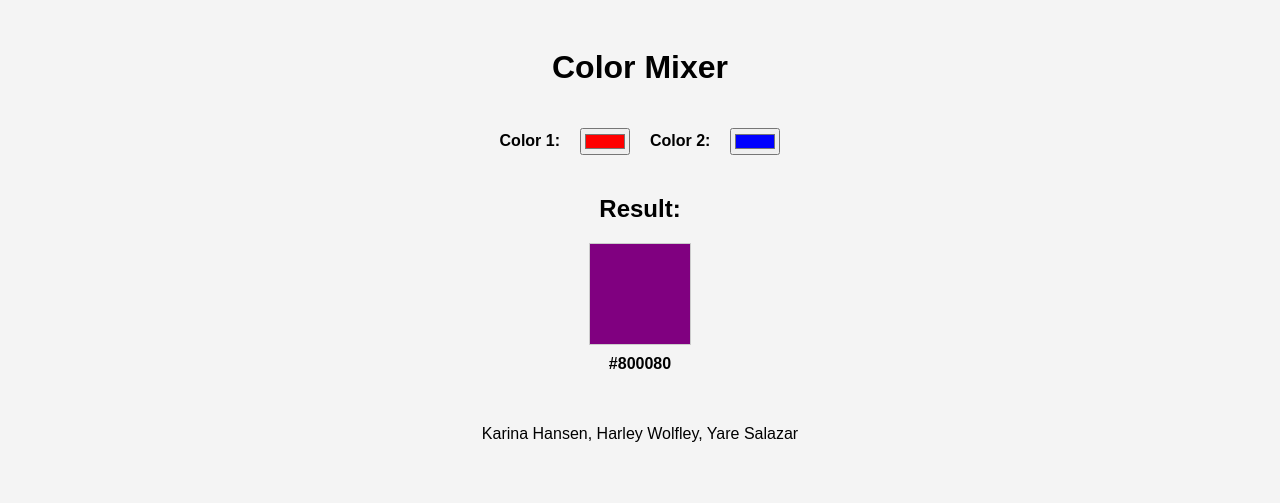
Repository: harleywolfley/wdd130
Page: spring25/itm101/0302/index.html
These files come from the project's save history. The page is drawn as it stood at one moment and after the next save; the edit follows.
The browser window is 1280 px wide. The pictures show the whole page.

Above is the page before, as saved 2025-05-07 17:53:15.

After the next save:
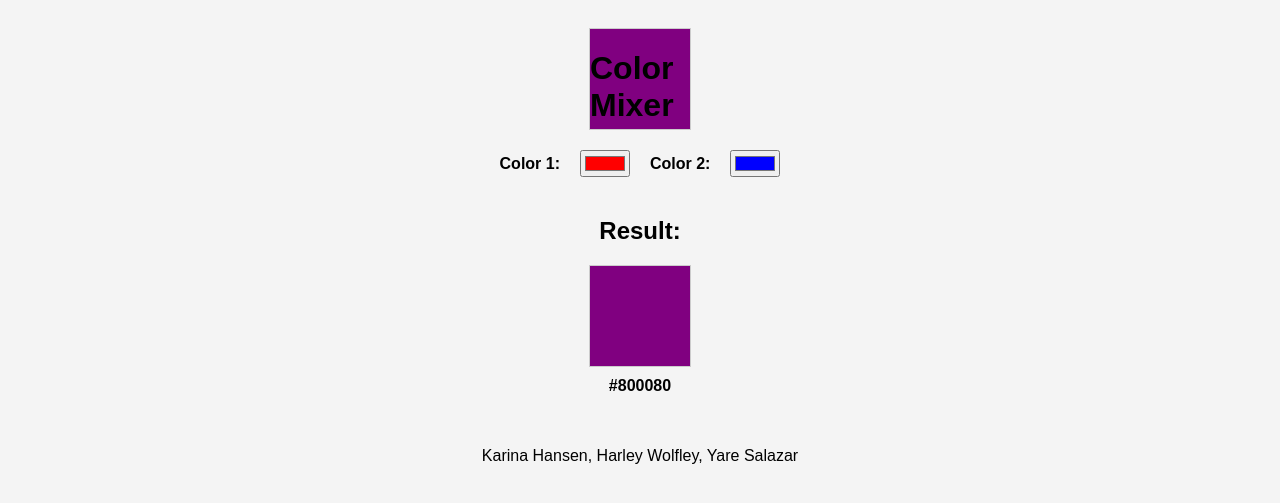
Saved 19 s later.
--- a/spring25/itm101/0302/index.html
+++ b/spring25/itm101/0302/index.html
@@ -6,7 +6,7 @@
 </head>
 
 <body>
-    <header>
+    <header id="mixedColor">
         <h1>Color Mixer</h1>
     </header>
 
